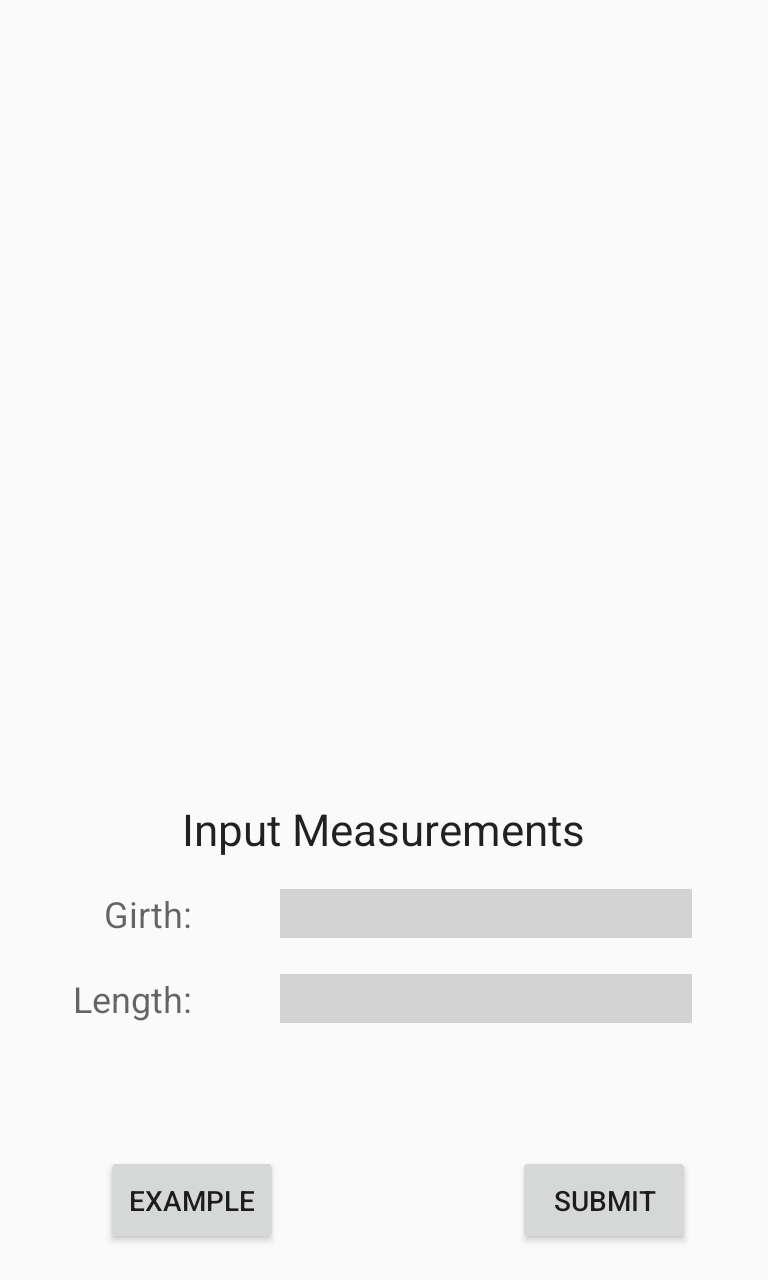
Repository: jdmielke/AnimalApp
Layout: AWEA/res/layout/activity_goat_measurement.xml
The author's editor kept a copy of each file at every save. The layout is drawn from the files as they stood at one save, then again after the next save.
It is drawn on a 768 x 1280 px phone screen (xhdpi) without system bars, with theme AppTheme; the app's code is not run.

Above is the layout before, as saved 2014-11-12 19:31:52.

After the next save:
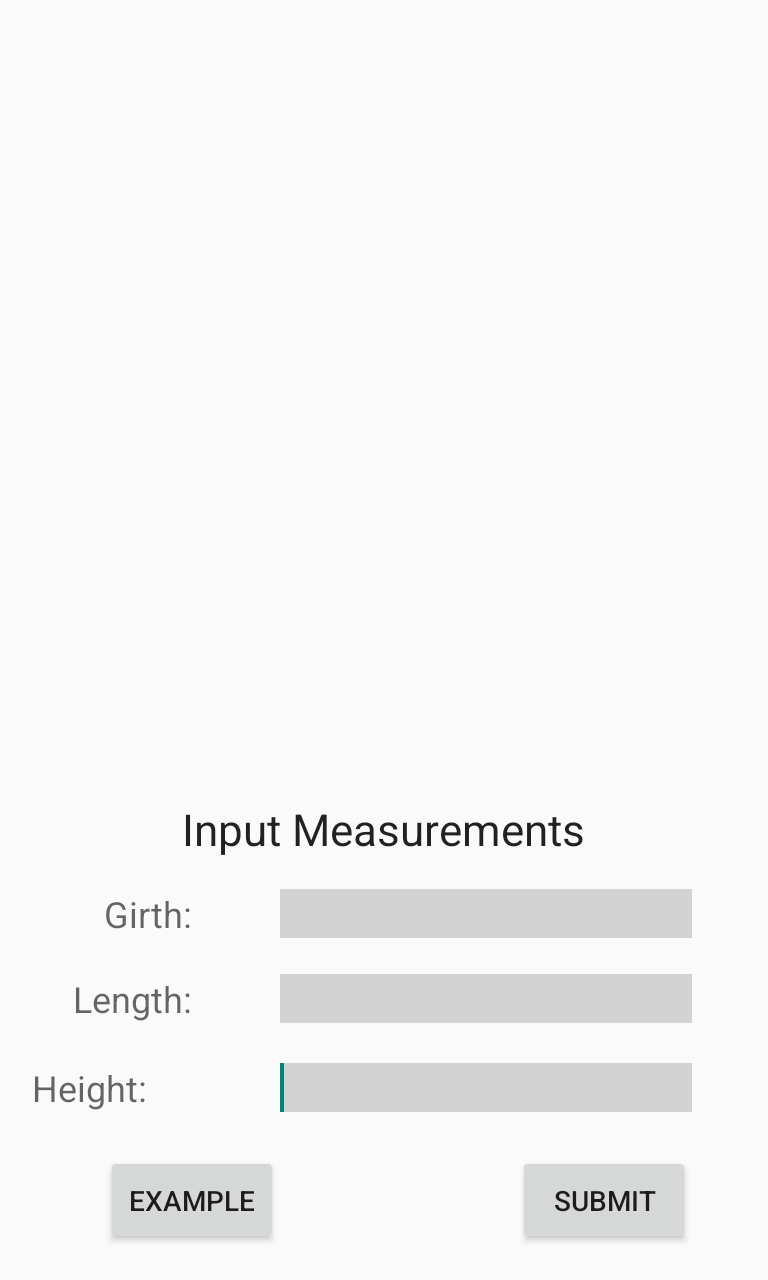
Saved 100 s later.
--- a/AWEA/res/layout/activity_goat_measurement.xml
+++ b/AWEA/res/layout/activity_goat_measurement.xml
@@ -93,14 +93,27 @@
         android:id="@+id/editText3"
         android:layout_width="wrap_content"
         android:layout_height="wrap_content"
-        android:layout_alignLeft="@+id/editText1"
-        android:layout_alignRight="@+id/editText1"
-        android:layout_alignTop="@+id/textView3"
+        android:layout_alignRight="@+id/button1"
+        android:layout_below="@+id/textView3"
+        android:layout_marginTop="20dp"
+        android:layout_toRightOf="@+id/goToMain"
         android:background="#d3d3d3"
         android:digits="1234567890"
         android:ems="10"
         android:inputType="number|phone"
-        android:singleLine="true" />
+        android:singleLine="true" >
 
+        <requestFocus />
+    </EditText>
+
+    <TextView
+        android:id="@+id/textView4"
+        android:layout_width="wrap_content"
+        android:layout_height="wrap_content"
+        android:layout_alignBaseline="@+id/editText3"
+        android:layout_alignBottom="@+id/editText3"
+        android:layout_alignParentLeft="true"
+        android:text="Height:"
+        android:textAppearance="?android:attr/textAppearanceMedium" />
 
 </RelativeLayout>
